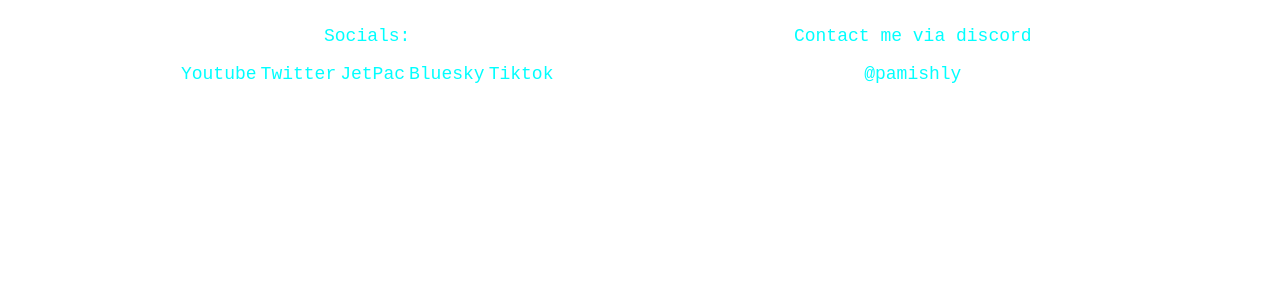
Repository: Pamishly/resources
Page: footer.html
An editor plug-in stored every save of this project. The page is shown before and after the next save, followed by the edit.
The browser window is 1280 px wide. The pictures show the whole page.

Above is the page before, as saved 2025-01-26 01:22:15.

### footer.html
<div id = "container">
<div id = "social">
<p>Socials:</p>
<a>Youtube</a>
<a>Twitter</a>
<a>JetPac</a>
<a>Bluesky</a>
<a>Tiktok</a>
</div>
<div id = contact>
    <p>Contact me via discord</p>
    <p>@pamishly</p>
</div>
</div>

<style>
    p, a{
        color: cyan;
        font-family: monospace;
        font-size: 18px;
        text-align: center;
    }
    #container {
        display: flex;
        justify-content: center;
        gap: 40px;
        height: 30%;
        padding-top: -50px;
    }
    #contact {
        width: 40%;
        justify-items: center;
    }
    #social {
        width: 40%;
        justify-items: center;
    }
</style>

After the next save:
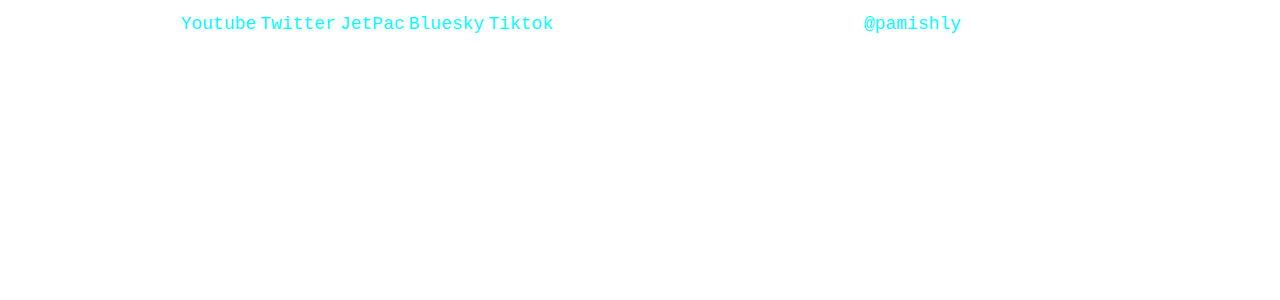
Saved 6 s later.
--- a/footer.html
+++ b/footer.html
@@ -25,7 +25,7 @@
         justify-content: center;
         gap: 40px;
         height: 30%;
-        padding-top: -50px;
+        margin-top: -50px;
     }
     #contact {
         width: 40%;
